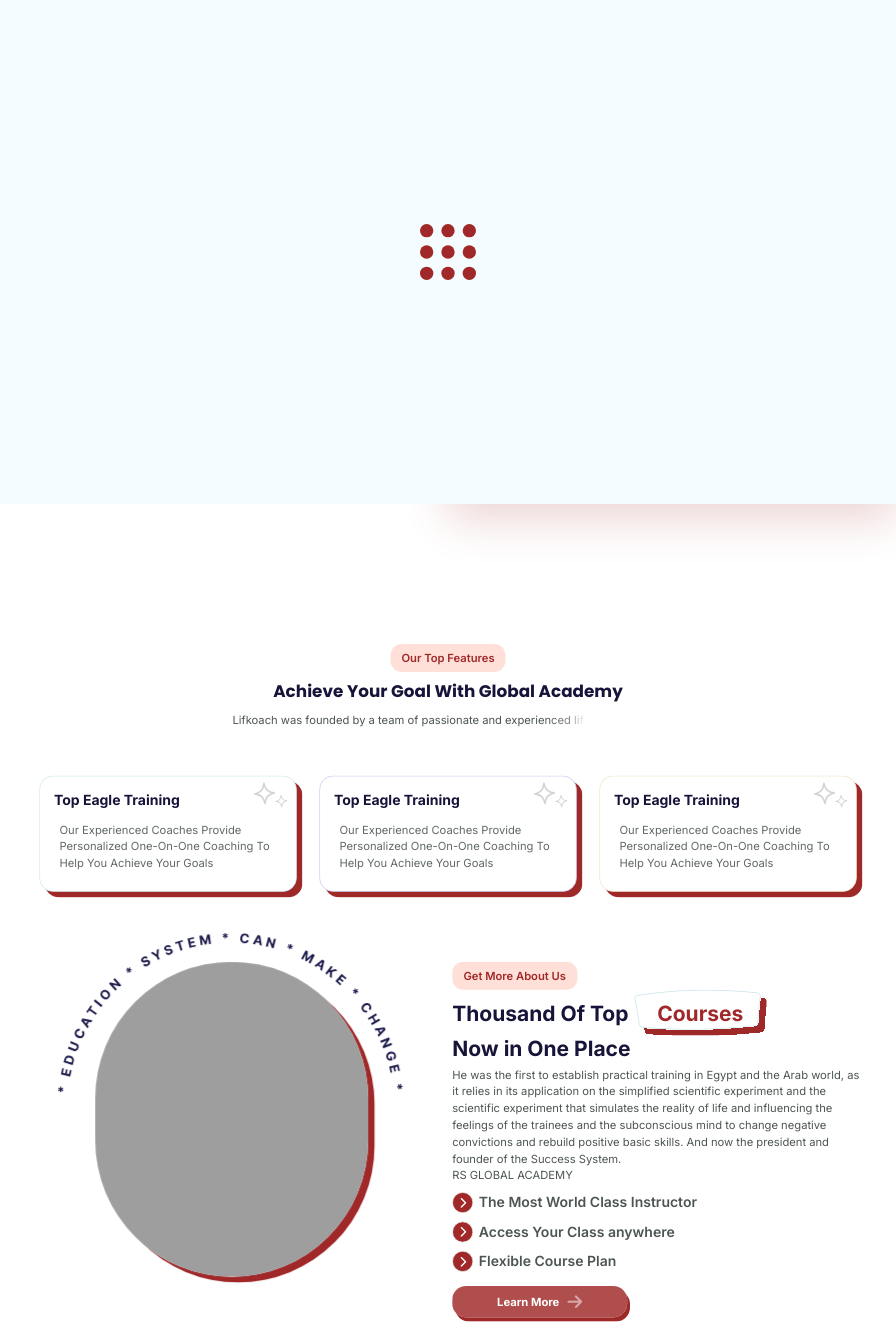
Repository: OmarAhmedEl-hanafy/OT_FRONT
Page: /
These files come from the project's save history. The page is drawn as it stood at one moment and after the next save; the edit follows.
The browser window is 1280 px wide. The pictures show the part of the page from y = 0 to 1920 px (the page is 5898 px tall), at 70% of full size.
Pictures or frames that could not be fetched are drawn as grey boxes. The page's requests for data from a server got no answer. The project was rebuilt for these pictures with package versions that can differ from the ones it lists, and the page was loaded fresh each time. No one was signed in, and anything a server would have sent is missing. Also part of the build but not shown: vite.config.ts, src/components/Legout/Legout.tsx, src/pages/AboutUs/AboutUs.css, src/pages/AboutUs/Section2.tsx, src/pages/AboutUs/Section3.tsx, src/pages/AboutUs/Section4.css, src/pages/AboutUs/Section4.tsx, src/pages/AboutUs/AboutUs.tsx and 28 more. Imported but missing from the stored project, and not drawn on this page: src/assets/images/video-1.mp4.

Above is the page before, as saved 2024-07-31 13:45:51.

After the next save:
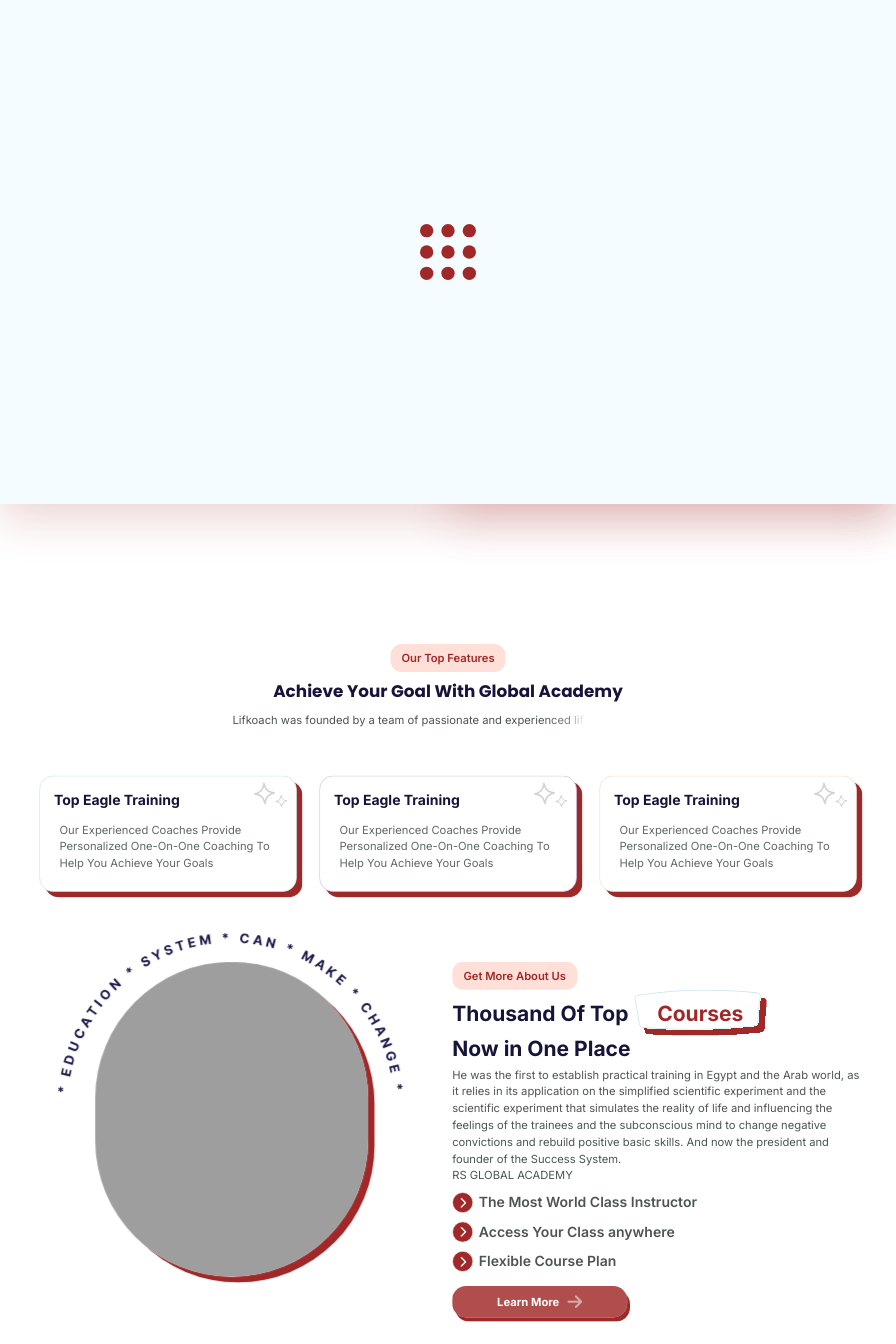
Saved 4 min 35 s later.
--- a/src/components/HomeComponents/Header.tsx
+++ b/src/components/HomeComponents/Header.tsx
@@ -70,6 +70,17 @@ function Header() {
       >
         {/* <img className="" src={bg} /> */}
       </div>
+
+      <div
+        style={{
+          background:
+            "linear-gradient(42.43deg, #FFFFFF 0%, rgba(255, 255, 255, 0) 52.25%)",
+          boxShadow: "0px 30px 60px rgba(160, 41, 41, 0.2)",
+        }}
+        className="absolute top-0 left-0 w-full h-[85%] -z-10"
+      >
+        {/* <img className="" src={bg} /> */}
+      </div>
     </section>
   );
 }
